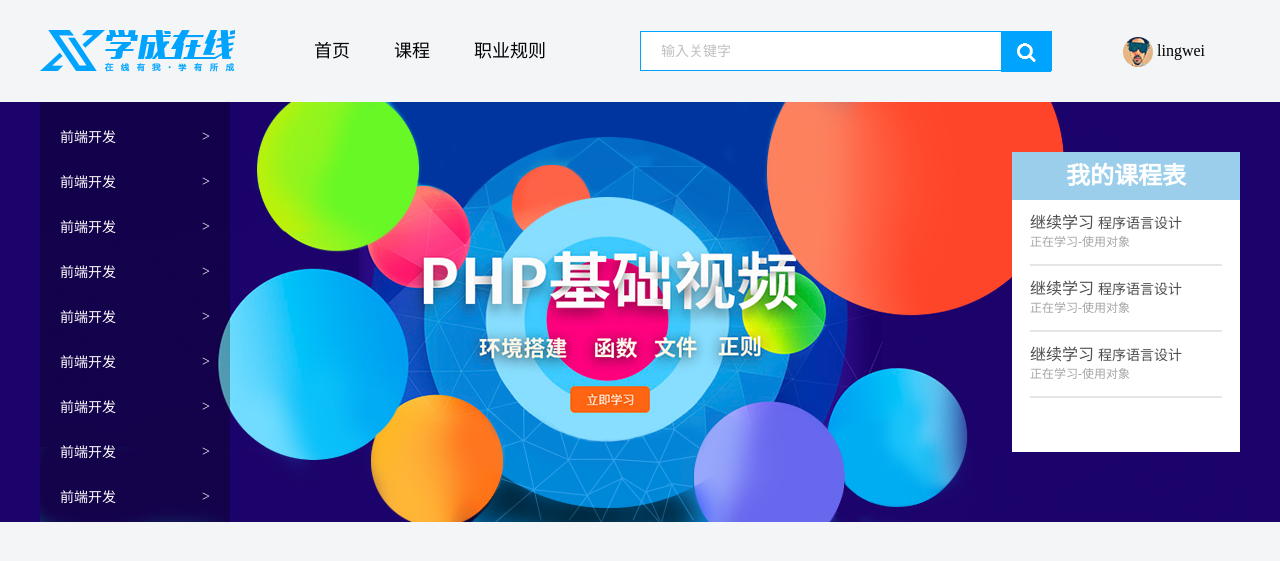
Repository: DengBiHua/xcdx
Page: index.html
The author's editor kept a copy of each file at every save. The page is drawn from the files as they stood at one save, then again after the next save.
The browser window is 1280 px wide. The pictures show the whole page.

Above is the page before, as saved 2022-04-14 17:22:26.

### index.html
<!DOCTYPE html>
<html lang="en">
<head>
    <meta charset="UTF-8">
    <meta http-equiv="X-UA-Compatible" content="IE=edge">
    <meta name="viewport" content="width=device-width, initial-scale=1.0">
    <title>学成在线</title>
    <link rel="stylesheet" href="css/index.css">
</head>
<body>
    <!-- 头部 -->
    <div class="header wrapper">
        <h1>
            <a href="#">
                <img src="images/logo.png" alt="">
            </a>
        </h1>
        <!-- 导航 -->
        <div class="nav">
            <ul>
                <li><a href="#">首页</a></li>
                <li><a href="#">课程</a></li>
                <li><a href="#">职业规则</a></li>
            </ul>
        </div>
        <!-- 搜索 -->
        <div class="search">
            <input type="text" placeholder="输入关键字">
            <button></button>
        </div>
        <!-- 用户 -->
        <div class="user">
            <img src="./images/user.png" alt="">
            <span>lingwei</span>
        </div>
    </div>
    <div class="banner">
        <div class="wrapper">
            <div class="left">
                <ul>
                    <li><a href="#">前端开发<span>></span></a></li>
                    <li><a href="#">前端开发<span>></span></a></li>
                    <li><a href="#">前端开发<span>></span></a></li>
                    <li><a href="#">前端开发<span>></span></a></li>
                    <li><a href="#">前端开发<span>></span></a></li>
                    <li><a href="#">前端开发<span>></span></a></li>
                    <li><a href="#">前端开发<span>></span></a></li>
                    <li><a href="#">前端开发<span>></span></a></li>
                    <li><a href="#">前端开发<span>></span></a></li>
                </ul>
            </div>
            <div class="right">
                <h2>我的课程表</h2>
                <div class="content">
                    <dl>
                        <dt>
                            <span class="titleLeft">继续学习</span>
                            <span class="titleRight">程序语言设计</span>
                        </dt>
                        <dd>正在学习-使用对象</dd>
                    </dl>
                    <dl>
                        <dt>
                            <span class="titleLeft">继续学习</span>
                            <span class="titleRight">程序语言设计</span>
                        </dt>
                        <dd>正在学习-使用对象</dd>
                    </dl>
                    <dl>
                        <dt>
                            <span class="titleLeft">继续学习</span>
                            <span class="titleRight">程序语言设计</span>
                        </dt>
                        <dd>正在学习-使用对象</dd>
                    </dl>
                </div>
            </div>
        </div>
    </div>
</body>
</html>

### css/index.css
/* css代码顺序
1、浮动/display
2、盒子模型
3、文字样式
 */

/* 通用模版 */
* {
    margin: 0;
    padding: 0;
    /* 内减模式 */
    box-sizing: border-box;
}
li {
    /* 清除列表前方小圆点 */
    list-style-type: none;
}
a {
    /* 去除超链接文字的下划线 */
    text-decoration: none;
}
.clearfix::before,.clearfix::after {
    content: "";
    display: table;
}
.clearfix::after {
    clear: both;
}

/* 版心 */
.wrapper {
    width: 1200px;
    margin: 0 auto;
}

body {
    background-color: #f3f5f7;
}

/* 头部 */
.header {
    height: 42px;
    margin: 30px auto;
}

h1 {
    float: left;
}

/* 导航 */
.nav {
    float: left;

    height: 42px;
    margin-left: 70px;
}

.nav li {
    float: left;

    margin-right: 26px;
}

.nav li a {
    display: block;

    padding: 0 9px;
    height: 42px;
    line-height: 42px;

    font-size: 18px;
    color: #050505;
}

.nav li a:hover {
    border-bottom: 2px solid #00a4ff;
}

.search {
    float: left;
    margin-left: 59px;
    margin-top: 1px;
    width: 412px;
    height: 40px;
    border: 1px solid #00a4ff;
}

.search input {
    float: left;
    padding-left: 20px;
    width: 360px;
    height: 38px;
    border: 0;
}

.search input::placeholder {
    font-size: 14px;
    color: #bfbfbf;
}

.search button {
    float: left;
    width: 50px;
    height: 40px;
    background-image: url(../images/btn.png);
    border: 0;
}

.user {
    float: right;
    margin-right: 35px;
    height: 42px;
    line-height: 42px;
}

.user img {
    /* 调节图片垂直方向对齐方式 */
    vertical-align: middle;
}

.banner {
    height: 420px;
    background-color: #1c036c;
}

.banner .wrapper {
    height: 420px;
    background-image: url(../images/banner2.png);
}

.banner .left {
    float: left;
    padding: 0 20px;
    width: 190px;
    height: 420px;
    background-color: rgba(0, 0, 0, 0.3);
    line-height: 44px;
}

.banner ul {
    margin-top: 13px;
}

.banner a {
    font-size: 14px;
    color: #ffffff;
}

.banner a:hover {
    color: #00b4ff;
}

.banner .left span {
    float: right;
}

.banner .right {
    float: right;
    margin-top: 50px;
    width: 228px;
    height: 300px;
    background-color: #ffffff;
}

.banner .right h2 {
    height: 48px;
    background-color: #9bceea;
    font: 18px;
    color: #ffffff;
    text-align: center;
    line-height: 48px;
}

.banner .content {
    padding: 0 18px;
}

.banner .right dl {
    padding: 12px 0;
    border-bottom: 2px solid #e5e5e5;
}

.banner .right .content dt {
    color: #4e4e4e;
}

.banner .right .titleLeft {
    font-size: 16px;
    height: 16px;
    line-height: 16px;
}

.banner .right .titleRight {
    font-size: 14px;
}

.banner .right .content dd {
    color: #a5a5a5;
    font-size: 12px;
    line-height: 20px;
}

After the next save:
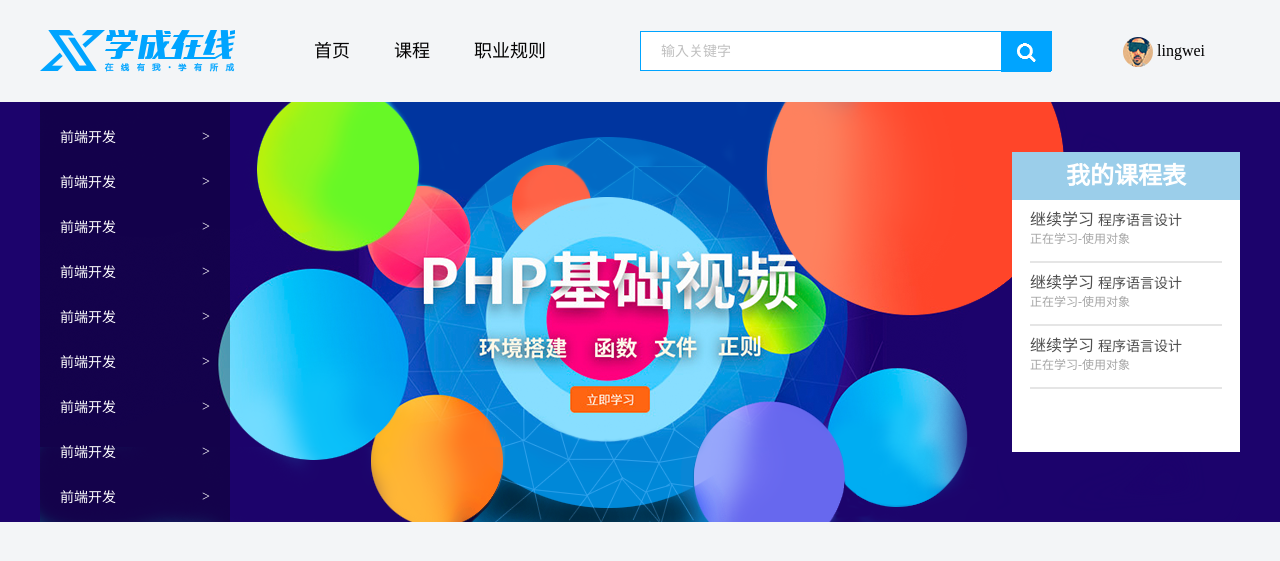
Saved 40 s later.
--- a/css/index.css
+++ b/css/index.css
@@ -182,12 +182,11 @@
 
 .banner .right .content dt {
     color: #4e4e4e;
+    line-height: 16px;
 }
 
 .banner .right .titleLeft {
     font-size: 16px;
-    height: 16px;
-    line-height: 16px;
 }
 
 .banner .right .titleRight {
